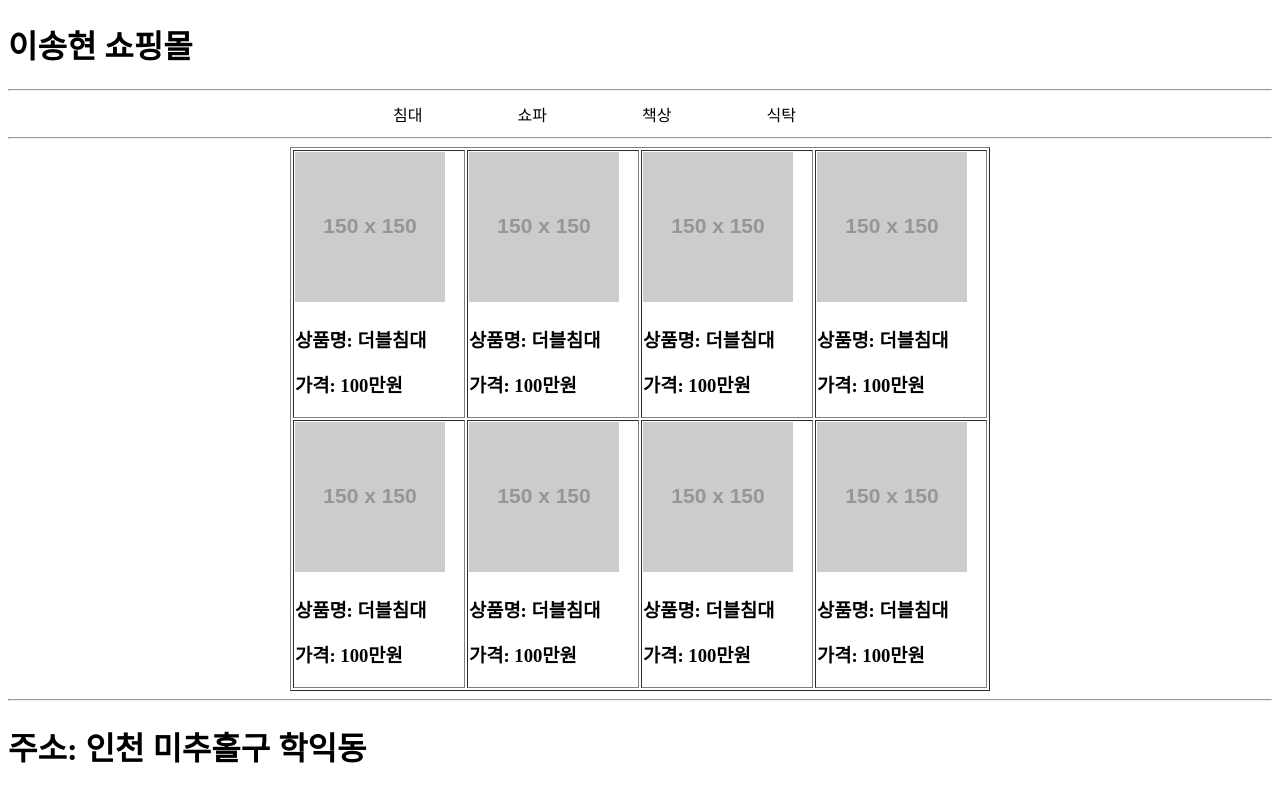
Repository: kmg8138/html
Page: 2020.04.06/ex0406/WebContent/ex07.html
An editor plug-in stored every save of this project. The page is shown before and after the next save, followed by the edit.
The browser window is 1280 px wide. The pictures show the whole page.

Above is the page before, as saved 2020-04-06 07:42:20.

### 2020.04.06/ex0406/WebContent/ex07.html
<!DOCTYPE html>
<html>
<head>
	<meta charset="UTF-8">
	<title>Insert title here</title>
	<style>
		table{margin:0px auto;} /*테이블 가운데정렬*/
		td{text-align: }
	</style>
</head>
<body>
	<header>
		<h1>이송현 쇼핑몰</h1>
		<hr/>
	</header>

	<nav>
		<table width=500>
			<tr>
				<td>침대</td>
				<td>쇼파</td>
				<td>책상</td>
				<td>식탁</td>
			</tr>
		</table>
		<hr/>
	</nav>

	<section>
		<table border=1 width=700>
			<tr>
				<td>
					<img src="http://placehold.it/150x150"><br>
					<h3>상품명: 더블침대<br></h3>
					<h3>가격: 100만원</h3>
				</td>
				<td>
					<img src="http://placehold.it/150x150"><br>
					<h3>상품명: 더블침대<br></h3>
					<h3>가격: 100만원</h3>
				</td>
				<td>
					<img src="http://placehold.it/150x150"><br>
					<h3>상품명: 더블침대<br></h3>
					<h3>가격: 100만원</h3>
				</td>
				<td>
					<img src="http://placehold.it/150x150"><br>
					<h3>상품명: 더블침대<br></h3>
					<h3>가격: 100만원</h3>
				</td>
			</tr>
			<tr>
				<td>
					<img src="http://placehold.it/150x150"><br>
					<h3>상품명: 더블침대<br></h3>
					<h3>가격: 100만원</h3>
				</td>
				<td>
					<img src="http://placehold.it/150x150"><br>
					<h3>상품명: 더블침대<br></h3>
					<h3>가격: 100만원</h3>
				</td>
				<td>
					<img src="http://placehold.it/150x150"><br>
					<h3>상품명: 더블침대<br></h3>
					<h3>가격: 100만원</h3>
				</td>
				<td>
					<img src="http://placehold.it/150x150"><br>
					<h3>상품명: 더블침대<br></h3>
					<h3>가격: 100만원</h3>
				</td>
			</tr>
		</table>
	</section>

	<footer>
		<hr/>
		<h1>주소: 인천 미추홀구 학익동</h1>
	</footer>
</body>
</html>

After the next save:
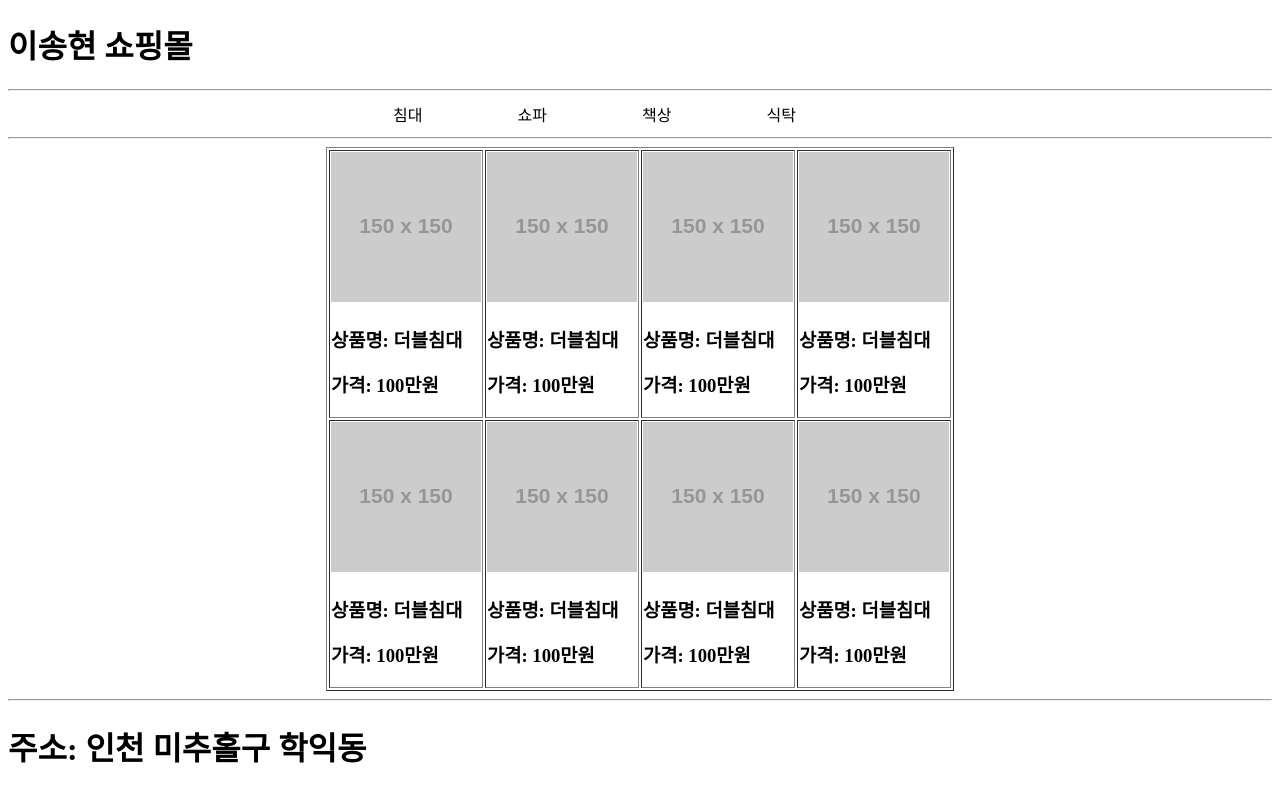
Saved 8 s later.
--- a/2020.04.06/ex0406/WebContent/ex07.html
+++ b/2020.04.06/ex0406/WebContent/ex07.html
@@ -27,7 +27,7 @@
 	</nav>
 
 	<section>
-		<table border=1 width=700>
+		<table border=1 width=600>
 			<tr>
 				<td>
 					<img src="http://placehold.it/150x150"><br>
